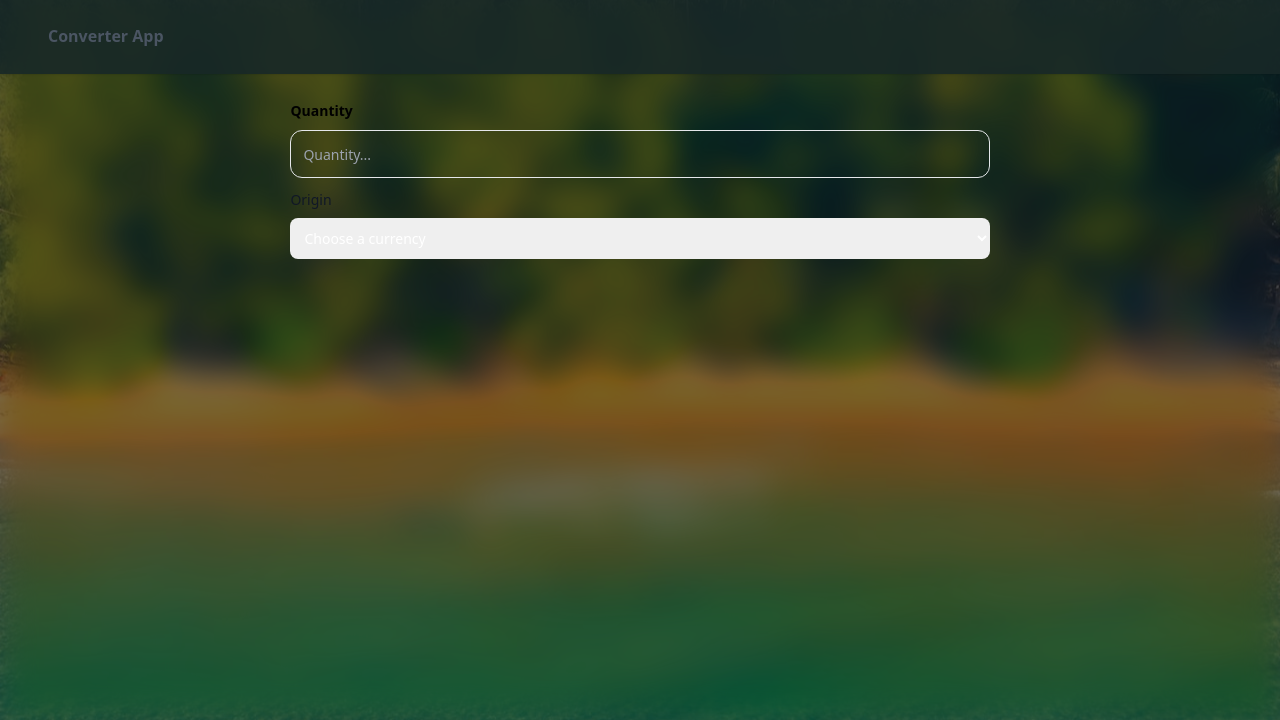
Repository: mikelCabezas/angular-exercices
Page: / (app in converter/)
An editor plug-in stored every save of this project. The page is shown before and after the next save, followed by the edit.
The browser window is 1280 px wide. The pictures show the whole page.
The project was rebuilt for these pictures with package versions that can differ from the ones it lists, and the page was loaded fresh each time. Also part of the build but not shown: converter/angular.json.

Above is the page before, as saved 2023-09-15 18:17:57.

After the next save:
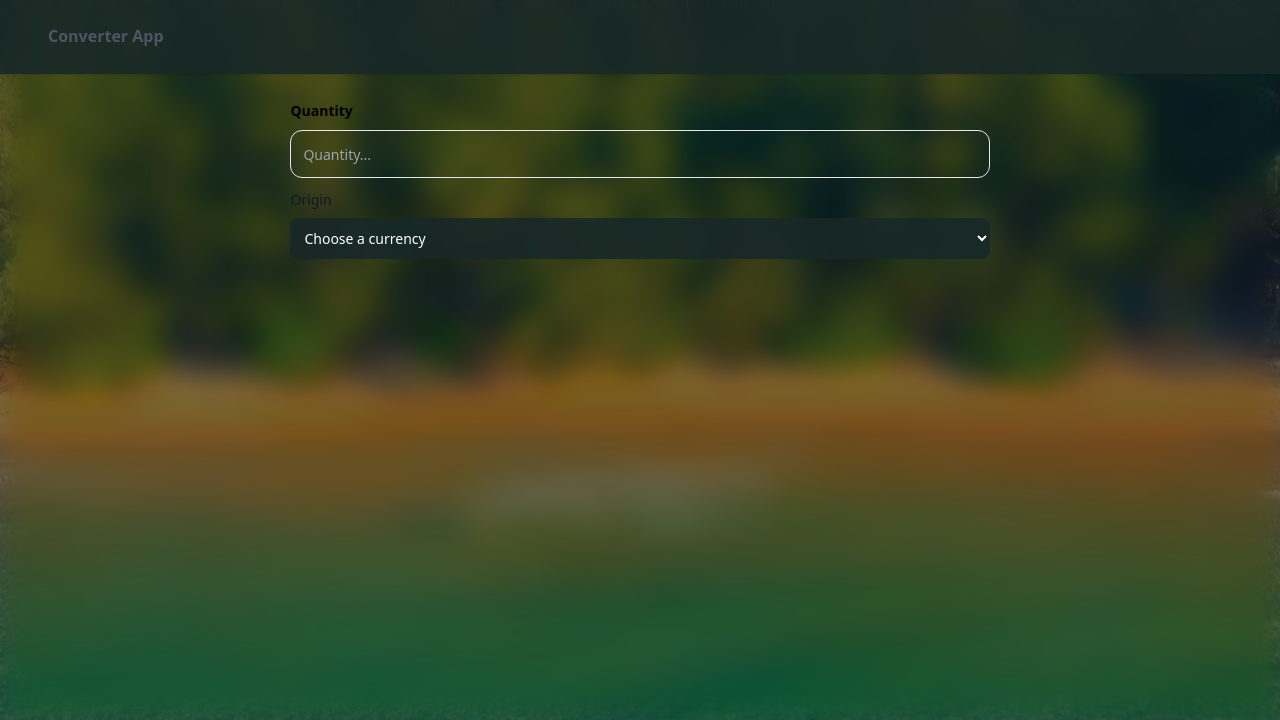
Saved 6 s later.
--- a/converter/src/app/components/converter/converter.component.html
+++ b/converter/src/app/components/converter/converter.component.html
@@ -8,7 +8,7 @@
         </div>
         <div class="col px-5">
             <label for="countries" class="block mb-2 text-sm font-medium text-gray-900 dark:text-gray-400">Origin</label>
-            <select id="countries" class=" text-sm rounded-lg focus:ring-blue-500 focus:border-blue-500 block w-full p-2.5 bg-rgba(24,41,39,0.9) border-gray-600 placeholder-gray-400 text-white dark:focus:ring-blue-500 dark:focus:border-blue-500">
+            <select id="countries" class=" text-sm rounded-lg focus:ring-blue-500 focus:border-blue-500 block w-full p-2.5 bg-[rgba(24,41,39,0.9)] border-gray-600 placeholder-gray-400 text-white dark:focus:ring-blue-500 dark:focus:border-blue-500">
                 <option selected>Choose a currency</option>
                 <option value="EUR">Euro</option>
                 <option value="USD">US Dollar</option>
